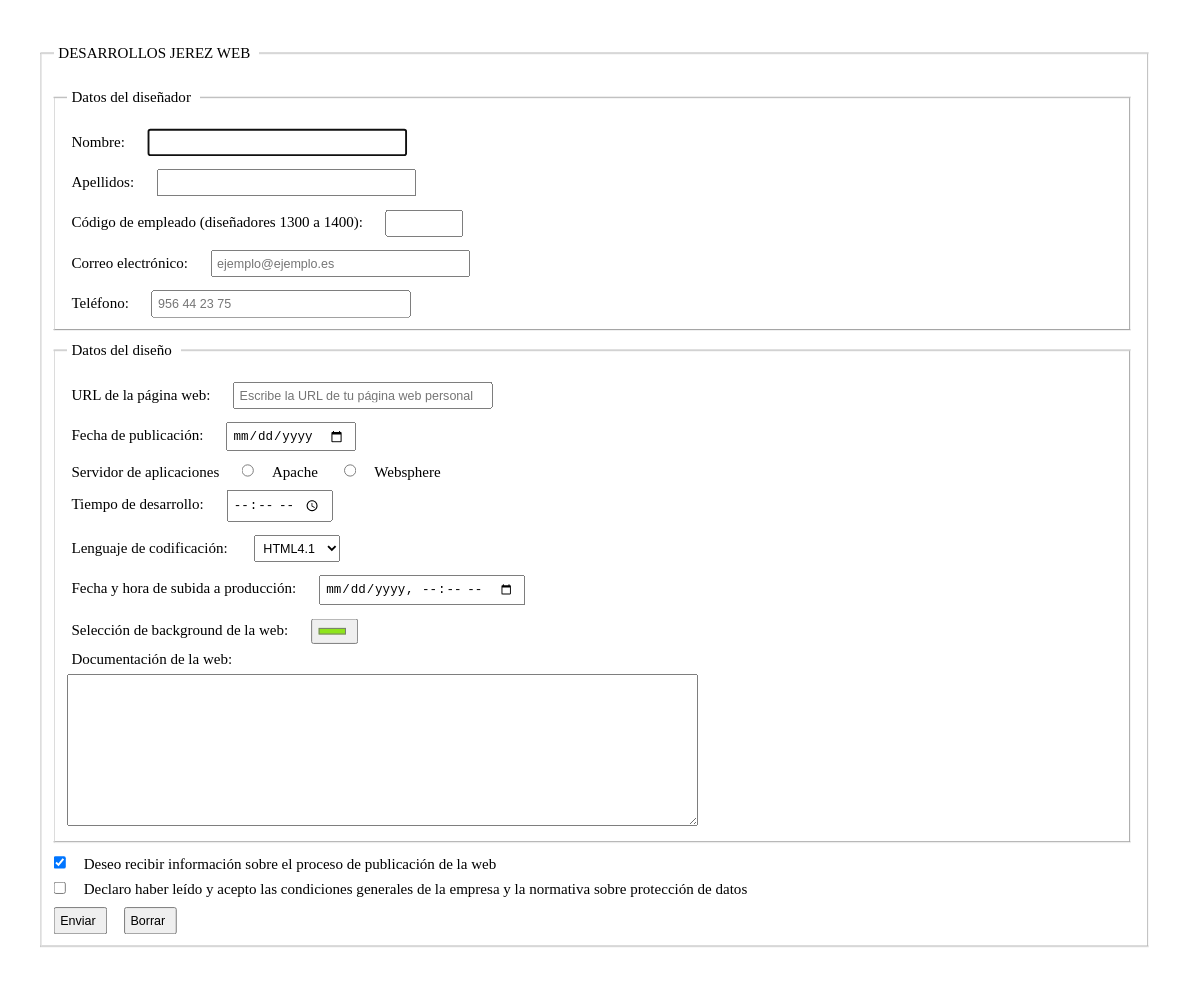
Repository: iSaan86/EV_Practica_FormularioCSS
Page: index.html
These files come from the project's save history. The page is drawn as it stood at one moment and after the next save; the edit follows.
The browser window is 1280 px wide. The pictures show the whole page, at 94% of full size.

Above is the page before, as saved 2024-01-11 17:32:28.

### index.html
<!DOCTYPE html>
<html lang="es-ES">

<head>
    <meta charset="UTF-8">
    <meta name="viewport" content="width=device-width, initial-scale=1.0">
    <meta name="keywords" content="formulario, html, css, practica">
    <meta name="description" content="Formularios">
    <meta name="author" content="Alexandra Ferrera Arenas">
    <link rel="icon" type="image/x-icon" href="img/logo-giro.png">
    <link rel="stylesheet" href="css/estilo.css">
    <title> Desarrollos JEREZ WEB </title>
</head>

<body>
    <!-- ABRO FORMULARIO -->
    <form method="get" action="" name="formulario1" id="formulario1">
        <!--AGRUPACION GENERAL-->
        <fieldset>
            <legend class="datos">DESARROLLOS JEREZ WEB</legend>
            <fieldset><legend class="datos2">Datos del diseñador</legend>
                <label for="nombre">Nombre:</label><input type="text" id="nombre" name="nombre" alt="indique su nombre" size="30%" autofocus required maxlength="50"><br>
                <label for="apellidos">Apellidos:</label><input type="text" id="apellidos" name="apellidos" alt="indique sus apellidos" size="30%" required maxlength="50"><br>
                <label for="codigo">Código de empleado (diseñadores 1300 a 1400):</label><input type="number" id="codigo" name="codigo" alt="indique su código de empleado" required min="1300" max="1400"><br>
                <label for="email">Correo electrónico:</label><input type="email" id="email" name="email" alt="indique su email" size="30%" placeholder="ejemplo@ejemplo.es" required><br>
                <label for="telefono">Teléfono:</label><input type="tel" id="telefono"  name="telefono" alt="indique su telefono" size="30%" placeholder="956 44 23 75"><br>
            </fieldset>
            <fieldset><legend class="datos2">Datos del diseño</legend>
                <label for="url">URL de la página web:</label><input type="url" id="url" name="url" alt="indique la URL de tu pagina web personal" size="30%" placeholder="Escribe la URL de tu página web personal"><br>
                <label for="fecha">Fecha de publicación:</label><input type="date" name="fecha" id="fecha"><br>
                <label for="servidor">Servidor de aplicaciones</label><input type="radio" id="apache" name="servidor" alt="verificar apache" value="Apache"><label for="hombre">Apache</label>
                <input type="radio" id="websphere" name="servidor" alt="verificar websphere" value="Websphere"><label for="mujer">Websphere</label><br>
                <label for="tiempo">Tiempo de desarrollo:</label><input type="time" name="tiempo" id="tiempo"><br>
                <label for="lenguaje">Lenguaje de codificación:</label>
                <select id="lenguaje" name="lenguaje" alt="Elija lenguaje de codificación"><br>
                    <option value="html4.1">HTML4.1</option>
                    <option value="xhtml">XHTML</option>
                    <option value="html5">HTML5</option>
                </select><br>
                <label for="fechayhora">Fecha y hora de subida a producción:</label><input type="datetime-local" name="fechayhora" size="30%"><br>
                <label for="fondo">Selección de background de la web:</label><input type="color" name="fondo" size="30%" value="#8ee41b"><br>
                <label for="areatexto">Documentación de la web:</label><br>
                <textarea name="areatexto" cols="80" rows="10"></textarea>
            </fieldset>
            <input type="checkbox" name="acepto1" id="acepto1" alt="Check acepto recibir información" checked><label for="acepto1">Deseo recibir información sobre el proceso de publicación de la web</label><br>
            <input type="checkbox" name="acepto2" id="acepto2" alt="Check acepto condiciones"><label for="acepto1">Declaro haber leído y acepto las condiciones generales de la empresa y la normativa sobre protección de datos</label><br>
            <input type="submit" value="Enviar" alt="enviar formulario">
            <input type="reset" value="Borrar" alt="Borrar formulario">




        </fieldset>
    </form>




</body>





</html>

### css/estilo.css
@charset "UTF-8";

/* Para todo el html */
*{
    padding: 5px;
    margin:7px;
    padding-right: 10px;
}

After the next save:
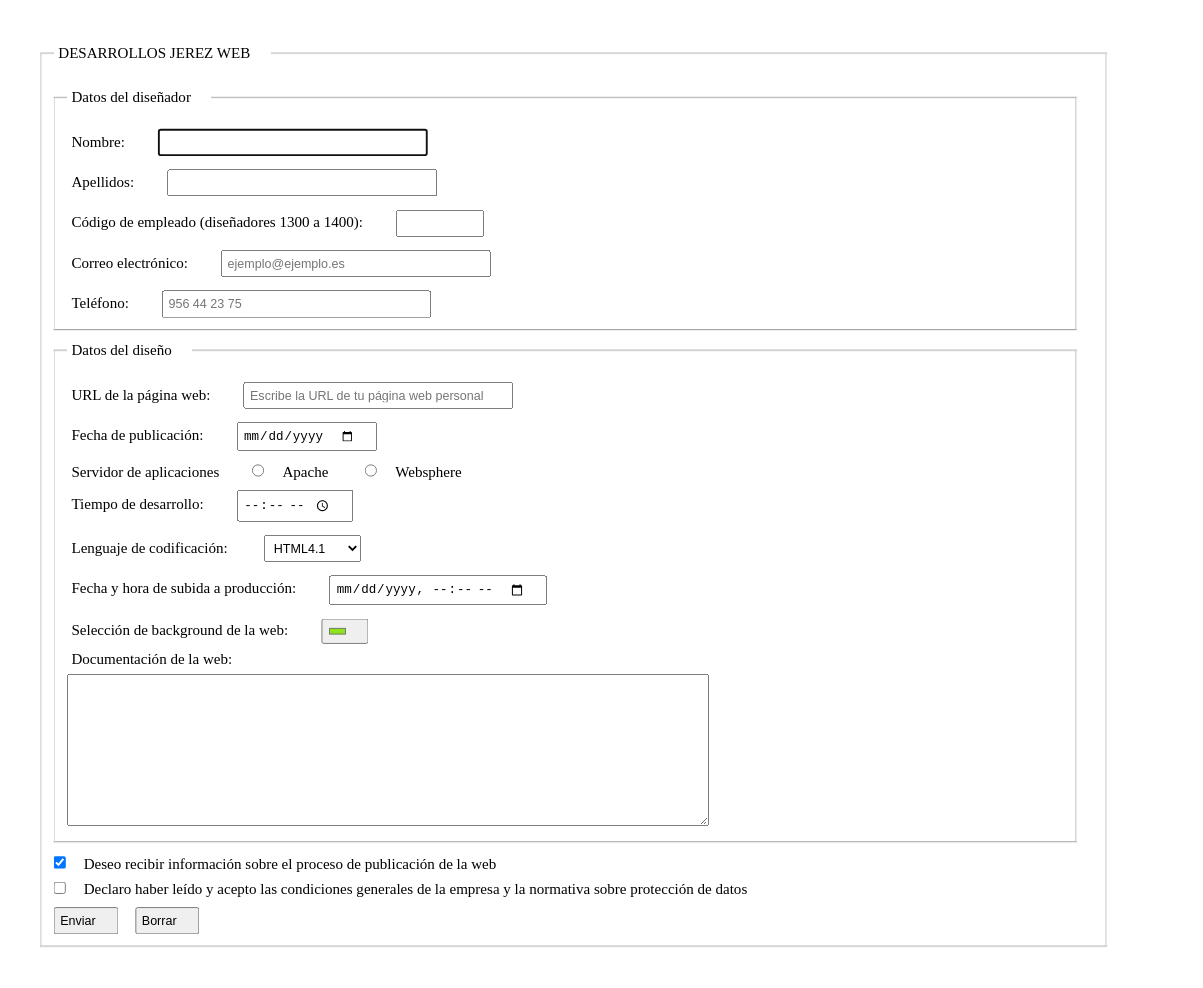
Saved 12 s later.
--- a/css/estilo.css
+++ b/css/estilo.css
@@ -4,5 +4,5 @@
 *{
     padding: 5px;
     margin:7px;
-    padding-right: 10px;
+    padding-right: 2%;
 }
